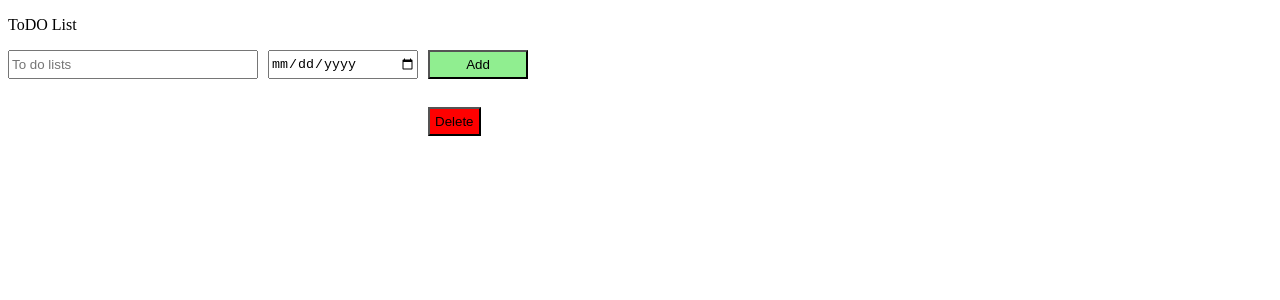
Repository: pgyunknown/ToDo-List
Page: index.html
These files come from the project's save history. The page is drawn as it stood at one moment and after the next save; the edit follows.
The browser window is 1280 px wide. The pictures show the whole page.

Above is the page before, as saved 2024-08-29 20:49:31.

After the next save:
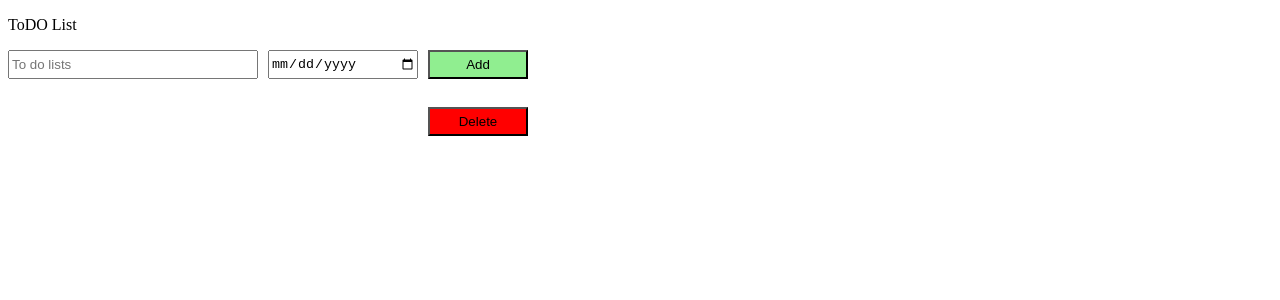
Saved 5 s later.
--- a/index.js
+++ b/index.js
@@ -13,7 +13,7 @@ function eventList(){
     const html=`
     <div >${name}</div>
     <div >${duedate}</div>
-    <div>    <button onclick="todoList.splice(${i},1);
+    <button onclick="todoList.splice(${i},1);
     eventList();" class="delete-b" >Delete</button></div>
     `;
     todoListHTML+=html;
